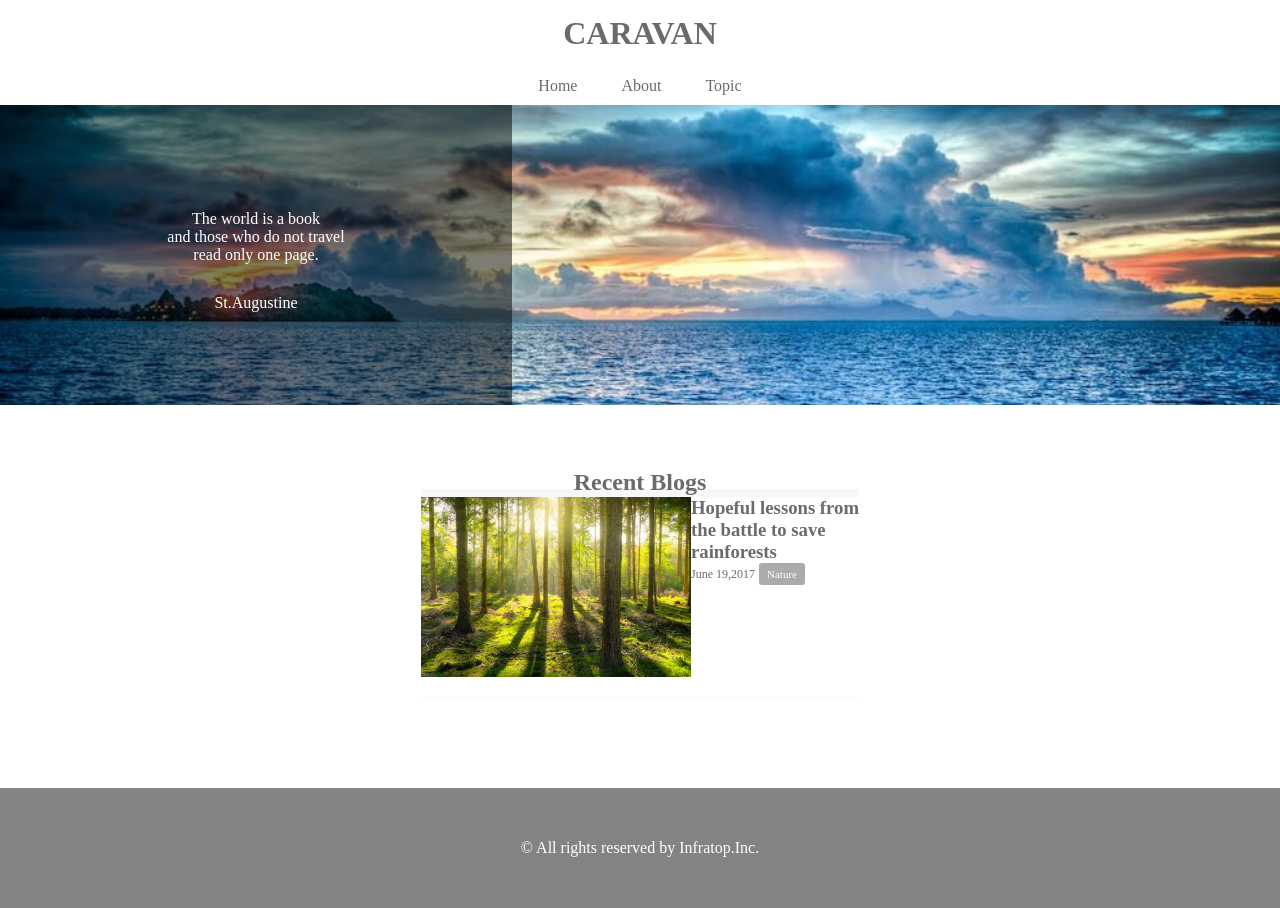
Repository: mitoma99/task4
Page: caravan/index.html
The author's editor kept a record of every edit. The page is drawn from the files as they stood at one moment, then again after the next edit.
The browser window is 1280 px wide. The pictures show the whole page.

Above is the page before.

### caravan/index.html
<!DOCTYPE html>
<html lang="ja">
  <head>
    <meta charset="UTF-8"/>
    <link rel="stylesheet" href="style.css"/>
    <title>CARAVAN</title>
  </head>


<body>
  <header>
    <h1 class="heading">
      <a href="index.html">
        CARAVAN
      </a>
    </h1>
  </header>

  <nav>
    <ul class="nav-list">
      <li class="nav-list-item">
        <a href="index.html">Home</a>
      </li>
      <li class="nav-list-item">About</li>
      <li class="nav-list-item">Topic</li>
    </ul>
  </nav>

  <div class="main-visual">
    <div class="main-visual-content">
      <p class="main-visual-text">
        The world is a book<br/>
        and those who do not travel<br/>
        read only one page.
      </p>
      <p class="main-visual-name">
        St.Augustine
      </p>
    </div>
  </div>

  <main>
    <section class="biog">
      <h2 class="blog-heading">Recent Blogs</h2>
      <div class="blog-item">
        <img class="blog-image" src="img/forest.jpg">
        <section class="blog-text">
          <h3>
            <a href="single.html">
              Hopeful lessons from<br>
              the battle to save<br>
              rainforests
            </a>
          </h3>
          <p class="blog-date">June 19,2017</p>
          <span class="category">Nature</span>
        </section>
      </div>
    </section>
    <div class="sidebar"></div>
  </main>

  <footer>
    <p class="footer-text">© All rights reserved by Infratop.Inc.</p>
  </footer>
 </body>
</html>

### caravan/style.css
*{
  margin:0;
  padding:0;
  box-sizing:border-box;
  color:#6c6b6b;
}

a{
  text-decoration:none;
}

header{
  width:90%;
  padding:15px 0;
  margin:0 auto;
  text-align:center;
}

header.heading{
  font-size:32px;
}

.nav-list{
  text-align:center;
  padding:10px 0;
  margin:0 auto;
}

.nav-list-item{
  list-style:none;
  display:inline-block;
  margin:0 20px;
}

.main-visual{
  width:100%;
  height:300px;
  background-image:url(img/mv.jpg);
  background-size:cover;
  background-position:center;
}

.main-visual-content{
  width:40%;
  height:300px;
  background-color:rgba(0,0,0,0.5);
  text-align:center;
  padding-top:105px;
}

.main-visual-text{
  color:#fff;
}

.main-visual-name{
  margin-top:30px;
  color:#fff;
}

main{
  width:800px;
  display:flex;
  justify-content:center;
  margin:0 auto;
  padding:70px 0;
}

.blog{
  width:540px;
  margin-right:30px;
}

.blog-heading{
  border-bottom:8px solid #f7f7f7;
  text-align:center;
  line-height:0.6;
}

.blog-box{
  padding-top:50px;
}

.blog-item{
  padding-bottom:20px;
  margin-bottom:20px;
  border-bottom:1px solid #f7f7f7;
  display:flex;
  justify-content:flex-start;
}

.blog-image{
  height:180px;
}

.blog-date{
  font-size:12px;
  display:inline-block;
}

.category{
  display:inline-block;
  padding:5px 8px;
  background-color:#acabab;
  border-radius:3px;
  color:#fff;
  font-size:11px;
}

.sideber{
  width:230px;
}

footer{
  width:100%;
  height:120px;
  text-align:center;
  line-height:120px;
  background-color:#848282;
}

.footer-text{
  color:#fff;
}

After the next edit:
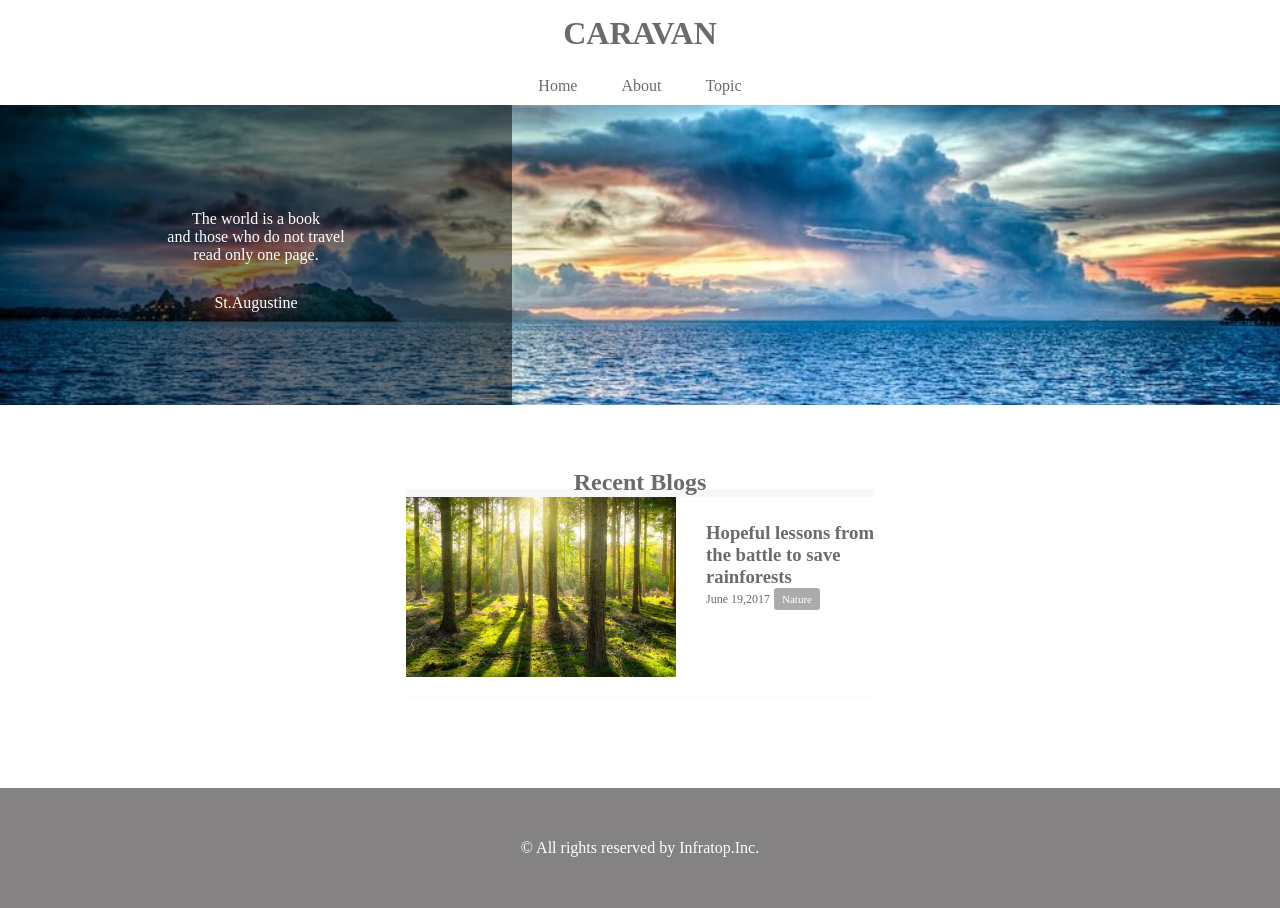
The edit:
--- a/caravan/style.css
+++ b/caravan/style.css
@@ -92,6 +92,14 @@
   height:180px;
 }
 
+.blog-text{
+  padding:25px 0 0 30px;
+}
+
+.blog-text-heading{
+  padding-bottom:15px;
+}
+
 .blog-date{
   font-size:12px;
   display:inline-block;
